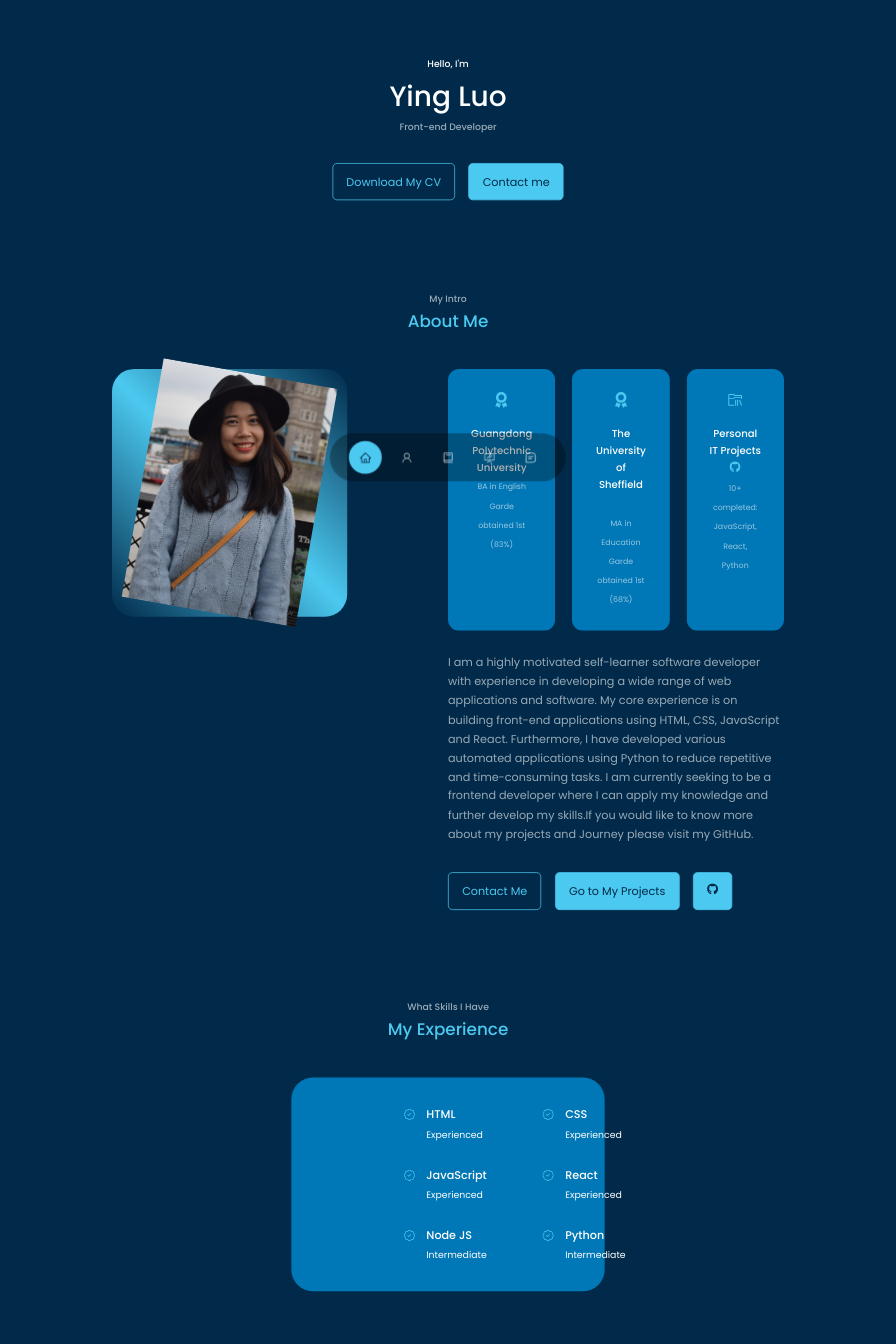
Repository: yingluo1020/react-portfolio-website
Page: /
An editor plug-in stored every save of this project. The page is shown before and after the next save, followed by the edit.
The browser window is 1280 px wide. The pictures show the part of the page from y = 0 to 1920 px (the page is 3794 px tall before and 3922 px after), at 70% of full size.
The project was rebuilt for these pictures with package versions that can differ from the ones it lists, and the page was loaded fresh each time. Imported but missing from the stored project, and not drawn on this page: src/assets/cv1.pdf.

Above is the page before, as saved 2022-03-16 09:31:08.

### src/index.css
@import url('https://fonts.googleapis.com/css2?family=Poppins:wght@300;400;500;600&display=swap');

* {
 margin: 0;
 padding: 0;
 border: 0;
 outline: 0;
 box-sizing: border-box;
 list-style: none;
 text-decoration: none;
}

:root {
    --color-bg:#012a4a;
    --color-bg-variant:#0077b6;
    --color-primary:#4cc9f0;
    --color-primary-variant:rgba(77,181,255,0.4);
    --color-white:#fff;
    --color-light:rgba(255,255,255,0.6);

    --transition:all 400ms ease;

    --container-width-lg:75%;
    --container-width-md:86%;
    --container-width-sm:90%;
}

html {
    scroll-behavior:smooth;
}

::-webkit-scrollbar {
    display: none;
}

body {
    font-family: 'Poppins', sans-serif;
    background: var(--color-bg);
    color:var(--color-white);
    line-height:1.7;
}

/* general styles */
.container {
    width:var(--container-width-lg);
    margin: 0 auto;
}

h1,
h2,
h3,
h4,
h5 {
    font-weight: 500;
}

h1 {
    font-size: 2.5rem;
}

section {
    margin-top: 8rem;
    /* height: 100vh; */
}

section > h2, section > h5 {
    text-align: center;
    color: var(--color-light);
}

section > h2 {
    color: var(--color-primary);
    margin-bottom: 3rem;
}

.text-light {
    color: var(--color-light);
}

a {
    color: var(--color-primary);
    transition: var(--transition);
}

a:hover {
    color: var(--color-white);
}

.btn {
    width: max-content;
    display: inline-block;
    color: var(--color-primary);
    padding: 0.75rem 1.2rem;
    border-radius:0.4rem;
    cursor: pointer;
    border: 1px solid var(--color-primary);
    transition: var(--transition);
}

.btn:hover{
    background: var(--color-white);
    color: var(--color-bg);
    border-color: transparent;
}

.btn-primary {
    background: var(--color-primary);
    color: var(--color-bg);
}

img{
    display: block;
    width: 100%;
    object-fit: cover;
}

/* media queries(medium devices)*/
@media screen and (max-width:1024px) {
    .container {
        width: var(--container-width-sm);
    }

    section> h2 {
        margin-bottom: 2rem;
    }
}

### src/components/header/Header.js
import React from 'react'
import avatar from '../../assets/avatar.JPG'
import './header.css';
import CV from '../../assets/cv1.pdf'


function Header() {
    return (
        <header>
            <div className="container header_container">
                <h5>Hello, I'm</h5>
                <h1>Ying Luo</h1>
                <h5 className="text-light">Front-end Developer</h5>

                <div className='cta'>
                    <a href={CV} download className='btn'>Download My CV</a>
                    <a href="#contact" className='btn btn-primary'>Contact me</a>
                </div>
            </div>
        </header>
    )
}

export default Header

### src/components/nav/Nav.js
import React, { useState } from 'react'
import './nav.css'
import { AiOutlineHome, } from 'react-icons/ai'
import { AiOutlineUser } from 'react-icons/ai'
import { BiBook } from 'react-icons/bi'
import { AiOutlineFundProjectionScreen } from 'react-icons/ai'
import { BiMessageSquareDetail } from 'react-icons/bi'


function Nav() {
    const [activeNav, setActiveNav] = useState('#')
    return (
        <nav>
            <a href="#" onClick={() => setActiveNav('#')} className={activeNav === '#' ? 'active' : ''}><AiOutlineHome /></a>
            <a href="#about" onClick={() => setActiveNav('#about')} className={activeNav === '#about' ? 'active' : ''}><AiOutlineUser /></a>
            <a href="#experience" onClick={() => setActiveNav('#experience')} className={activeNav === '#experience' ? 'active' : ''}><BiBook /></a>
            <a href="#portfolio" onClick={() => setActiveNav('#services')} className={activeNav === '#services' ? 'active' : ''}><AiOutlineFundProjectionScreen /></a>
            <a href="#contact" onClick={() => setActiveNav('#contact')} className={activeNav === '#contact' ? 'active' : ''}><BiMessageSquareDetail /></a>
        </nav>
    )
}

export default Nav

### src/components/experience/Experience.js
import React from 'react'
import './experience.css';
import { BsPatchCheck } from 'react-icons/bs'


function Experience() {
    return (
        <section id='experience'>
            <h5>What Skills I Have</h5>
            <h2>My Experience</h2>

            <div className="container experience_container">
                <div className="experience_frontend">
                    <div className="experience_content">
                        <article className='experience_details'>
                            <BsPatchCheck className='experience_details-icon' />
                            <div>
                                <h4>HTML</h4>
                                <small className='text_light'>Experienced</small>
                            </div>
                        </article>
                        <article className='experience_details'>
                            <BsPatchCheck className='experience_details-icon' />
                            <div>
                                <h4>CSS</h4>
                                <small className='text_light'>Experienced</small>
                            </div>
                        </article>
                        <article className='experience_details'>
                            <BsPatchCheck className='experience_details-icon' />
                            <div>
                                <h4>JavaScript</h4>
                                <small className='text_light'>Experienced</small>
                            </div>
                        </article>
                        <article className='experience_details'>
                            <BsPatchCheck className='experience_details-icon' />
                            <div>
                                <h4>React</h4>
                                <small className='text_light'>Experienced</small>
                            </div>
                        </article>
                        <article className='experience_details'>
                            <BsPatchCheck className='experience_details-icon' />
                            <div>
                                <h4>Node JS</h4>
                                <small className='text_light'>Intermediate</small>
                            </div>
                        </article>
                        <article className='experience_details'>
                            <BsPatchCheck className='experience_details-icon' />
                            <div>
                                <h4>Python</h4>
                                <small className='text_light'>Intermediate</small>
                            </div>
                        </article>
                    </div>
                </div>
            </div>
        </section>
    )
}

export default Experience

### src/components/portfolio/Portfolio.js
import React from 'react'
import './portfolio.css';
import project1 from '../../assets/todo1.jpg'
import project2 from '../../assets/search.jpg'
import project3 from '../../assets/btc_alert.jpg'



function Portfolio() {
    return (
        <section id='portfolio'>
            <h5>My Projects</h5>
            <h2>Portfolio</h2>
            <div className="container portfolio_container ">
                <article className='portfolio'>
                    <div className="portfolio_head">
                        <h3 >To-Do List web app</h3>
                    </div>


                    <div className="portfolio_item-image">
                        <img src={project1} alt="project1" />
                    </div>

                    <div className="portfolio_link">
                        <a href="https://github.com" target='_blank' className='btn btn-primary'>Github</a>
                    </div>
                </article>

                <article className='portfolio'>
                    <div className="portfolio_head">
                        <h3 >To-Do List web app</h3>
                    </div>

                    <div className="portfolio_body">
                        <div className="portfolio_item-image">
                            <img src={project2} alt="project1" />
                        </div>
                    </div>
                    <div className="portfolio_link">
                        <a href="https://github.com" target='_blank' className='btn btn-primary'>Github</a>
                    </div>
                </article>

                <article className='portfolio'>
                    <div className="portfolio_head">
                        <h3 >To-Do List web app</h3>
                    </div>

                    <div className="portfolio_body">
                        <div className="portfolio_item-image">
                            <img src={project3} alt="project1" />
                        </div>
                    </div>
                    <div className="portfolio_link">
                        <a href="https://github.com" target='_blank' className='btn btn-primary'>Github</a>
                    </div>
                </article>

            </div>
        </section>
    )
}

export default Portfolio

### src/components/contact/Contact.js
import React, { useRef } from 'react'
import './contact.css'
import { MdOutlineEmail } from 'react-icons/md'
import { RiMessengerLine } from 'react-icons/ri'
import { BsWhatsapp } from 'react-icons/bs'
import emailjs from '@emailjs/browser';


function Contact() {
    const form = useRef();

    const sendEmail = (e) => {
        e.preventDefault();

        emailjs.sendForm('service_s6sapzl', 'template_utnko3u', form.current, 'user_Ak4JS85QR5w9GZLqKm3hY')

        alert(`I'll will reply you ASAP :)`)
        e.target.reset()
    };

    return (
        <section id="contact">
            <h5>Get In Touch</h5>
            <h2>Contact Me</h2>

            <div className="container contact_container">
                <div className="contact_options">
                    <article className='contact_option'>
                        <MdOutlineEmail className='contact_option-icon' />
                        <h4>Email</h4>
                        <h5>yingluo1020@gmail.com</h5>
                        <a href="mailto:yingluo1020@gmail.com" target='_blank'>Send a message</a>
                    </article>

                    <article className='contact_option'>
                        <RiMessengerLine className='contact_option-icon' />
                        <h4>Messenger</h4>
                        <h5>Ying Luo</h5>
                        <a href="https://m.me/yng.luo" target='_blank'>Send a message</a>
                    </article>

                    <article className='contact_option'>
                        <BsWhatsapp className='contact_option-icon' />
                        <h4>WhatsApp</h4>
                        <h5>+44 7407171383</h5>
                        <a href="https://api.whatsapp.com/send?phone+447407171383" target='_blank'>Send a message</a>
                    </article>
                </div>
                {/* End of contact options */}
                <form action="" ref={form} onSubmit={sendEmail}>
                    <input type="text" name='name' placeholder='Your Name' required />
                    <input type="email" name='email' placeholder='Your Email' required />
                    <textarea type="text" name='name' placeholder='Your Message' required ></textarea>
                    <button type="submit" className="btn btn-primary">Send a message</button>
                </form>

            </div>
        </section>

    )
}

export default Contact

### src/components/footer/Footer.js
import React from 'react'
import './footer.css'
import { BsLinkedin } from 'react-icons/bs';
import { FaGithub } from 'react-icons/fa';
import { FiDribbble } from 'react-icons/fi';


function Footer() {
    return (
        <footer>
            <a href="https://github.com/yingluo1020" target="_blank" className='footer_logo'><FaGithub /> Ying Luo</a>
            <ul className='permalinks'>
                <li><a href="#">Home</a></li>
                <li><a href="#about">About</a></li>
                <li><a href="#experience">Experience</a></li>
                <li><a href="#portfolio">Portfolio</a></li>
                <li><a href="#contact">Contact</a></li>
            </ul>

            <div className="footer_copyright">
                <small>&copy; All rights reserved by Ying Luo.</small>
            </div>
        </footer>
    )
}

export default Footer

### src/components/header/header.css
header {
    height: 40vh;
    padding-top: 5rem;
    overflow: hidden;
}

.header_container {
    text-align: center;
    height: 100%;
    position: relative;
}

.cta {
    margin: 2.5rem auto;
    display: flex;
    gap:1.2rem;
    justify-content: center;
}

.avatar {
    background: linear-gradient(var(--color-primary),transparent) ;
    width: 22rem;
    height: 30rem;
    position: absolute;
    left: calc(50% - 11rem);
    border-radius: 12rem 12rem 0 0 ;
    overflow: hidden;
    padding: 5rem 1.5rem 1.5rem 1.5rem;
}

### src/components/nav/nav.css
nav {
    background: rgba(0, 0, 0, 0.3);
    width: max-content;
    display: block;
    padding:0.7rem 1.7rem;
    z-index: 2;
    position: fixed;
    left: 50%;
    transform: translateX(-50%);
    bottom: 2rem;
    display: flex;
    gap: 0.8rem;
    border-radius: 3rem;
    /* backdrop-filter: blur(15px); */
}

nav a {
    background: transparent;
    padding: 0.9rem;
    border-radius:50% ;
    display: flex;
    color: var(--color-light);
    font-size: 1.1rem;
}

nav a:hover{
    background: rgba(0, 0, 0, 0.3);
}

nav a.active {
    background: var(--color-primary);
    color: var(--color-bg);
}

### src/components/about/about.css
.about_container {
    /* height: 90vh; */
    display: grid;
    grid-template-columns: 35% 50%;
    gap: 15%;
}

.about_me{
    width: 100%;
    aspect-ratio: 0.95/1;
    border-radius: 2rem;
    background: linear-gradient(45deg,transparent,var( --color-primary),transparent);
    display: grid;
    place-items: center;
}

.about_image {
    border-radius: 2rem;
    overflow: hidden;
    transform: rotate(10deg);
    transition: var(--transition);
}

.about_image:hover{
    transform: rotate(0);
}

.about_image img {
    width: 75%;
    margin: 0 auto;
}
.about_cards {
    display: grid;
    grid-template-columns: repeat(3,1fr);
    gap: 1.5rem;
}

.about_card {
    background: var(--color-bg-variant);
    border:1px solid transparent ;
    border-radius: 1rem;
    padding: 2rem;
    text-align: center;
    transition: var(--transition);
}

.about_card:hover {
    background:transparent;
    border-color:var(--color-primary-variant) ;
    cursor: default;
}

.about_icon {
    color: var(--color-primary);
    font-size: 1.4rem;
    margin-bottom: 1rem;
}

.about_card h5 {
    font-size: 0.9rem;
}

.about_card small {
    font-size: 0.7rem;
    color: var(--color-light);
}

.about_content p {
    margin: 2rem 0 2.6rem;
    color: var(--color-light);
}

.about_content .about_btn {
    display: flex;
    gap:1.2rem;
}

/* media queries(medium devices)*/
@media screen and (max-width:1024px) {
    .about_container {
        grid-template-columns: 1fr ;
        gap:0;
    }

    .about_me{
        width: 50%;
        margin: 2rem auto 4rem;
    }

    .about_content p {
        margin: 1rem 0 1.5rem;
    }
}

/* media queries(small devices)*/
@media screen and (max-width:600px) {
    .about_me{
        width: 65%;
        margin: 0 auto 3rem;
    }

    .about_cards {
        grid-template-columns: 1fr 1fr;
        gap: 1rem;
    }

    .about_content {
        text-align: center;
    }

    .about_content p {
        margin: 1.5rem 0;
    }
}

### src/components/experience/experience.css
.experience_container{
    width: 35%;
}

.experience_container >div {
    background: var(--color-bg-variant);
    padding: 2.4rem 10rem;
    border-radius: 2rem;
    border: 1px solid transparent;
    transition: var(--transition);
}

.experience_container >div:hover{
    background: transparent;
    border-color: var(--color-primary-variant);
    cursor: default;
}

.experience_content {
    display: grid;
    grid-template-columns: 1fr 1fr;
    gap: 5rem;
    row-gap: 2rem;
}

.experience_details {
    display: flex;
    gap: 1rem;
}

.experience_details-icon{
    margin-top: 6px;
    color: var(--color-primary);
}

/* media queries(medium devices)*/
@media screen and (max-width:1024px) {
    .experience_container{
        grid-template-columns: 1fr;
    }

    .experience_container >div {
        width: 80%;
        padding: 2rem;
        margin: 0 auto;
    }

    .experience_content {
        padding: 1rem;
    }
}

/* media queries(small devices)*/
@media screen and (max-width:600px) {
    .experience_container{
        gap: 1rem;
    }

    .experience_container >div {
        width: 100%;
        padding: 2rem 1rem;
    }
}

### src/components/portfolio/portfolio.css
.portfolio_container{
    display: grid;
    grid-template-columns: repeat(3,1fr);
    gap: 2.5rem;
}

.portfolio {
    background: var(--color-bg-variant);
    border-radius:0 0 2rem 2rem;
    border: 1px solid transparent;
    /* height: fit-content; */
    transition: var(--transition);
}

.portfolio:hover {
    background: transparent;
    border-color: var(--color-primary-variant);
    transition: var(--transition);
}

.portfolio_head{
    background: var(--color-primary);
    border-radius:0 0 2rem 2rem;
    padding: 2rem;
    box-shadow: 0 2rem 1rem rgba(0,0,0,0.1);
}

.portfolio_head h3 {
    text-align: center;
    font-size: 1rem;
    color: var(--color-bg);
}

.portfolio_item-image {
    width: 20rem;
    height: 20rem;
    /* aspect-ratio: 1/1;   */
    border-radius: 1.5rem;
    overflow: hidden;
    margin: 1rem auto;
}

.portfolio_link {
    display: flex;
    justify-content: center;
    margin: 1rem 0;
}


/* media queries(medium devices)*/
@media screen and (max-width:1024px) {
    .portfolio_container{
        grid-template-columns: 1fr 1fr;
        gap: 1.2rem;
    }
}

/* media queries(small devices)*/
@media screen and (max-width:600px) {
    .portfolio_container {
        grid-template-columns: 1fr;
        gap: 1rem;
    }
}

### src/components/contact/contact.css
.contact_container {
    width: 58%;
    display: grid;
    grid-template-columns: 30% 58%;
    gap: 12%;
}

.contact_options {
    display: flex;
    flex-direction: column;
    gap: 1.2rem;
}

.contact_option{
    background: var(--color-bg-variant);
    padding: 1.2rem ;
    border-radius:1.2rem;
    border: 1px solid transparent;
    text-align: center;
    transition: var(--transition);
}

.contact_option:hover{
    background: transparent;
    border-color: var(--color-primary-variant);
}

.contact_option-icon{
    font-size: 1.5rem;
    margin-bottom: 0.5rem;
}

.contact_option a {
    margin-top: 0.7rem;
    display: inline-block;
    font-size: 0.8rem;
}

/* form */
form {
    display: flex;
    flex-direction: column;
    gap: 1.2rem;
}

input, textarea{
    width: 100%;
    padding: 1.5rem ;
    border-radius:0.5rem;
    border: 2px solid var(--color-primary-variant);
    background: transparent;
    resize: none; /* 元素不能被用户缩放。 */
    color: var(--color-white);
}

/* media queries(medium devices)*/
@media screen and (max-width:1024px) {
    .contact_container {
        grid-template-columns: 1fr;
        gap: 2rem;
    }

}

/* media queries(small devices)*/
@media screen and (max-width:600px) {
    .contact_container{
        width: var(--container-width-sm);
    }
}

### src/components/footer/footer.css
footer {
    background: var(--color-primary);
    padding: 2rem 0;
    text-align: center;
    font-size: 0.9rem;
    margin-top: 7rem;
}

footer a {
    color: var(--color-bg);
}

.footer_logo{
    font-size: 2rem;
    font-weight: 500;
    margin-bottom: 2rem;
    display: inline-block;
}

.permalinks{
    display: flex;
    flex-wrap: wrap;
    justify-content: center;
    gap: 2rem;
    margin: 0 auto 3rem;
}

.footer_socials{
    display: flex;
    justify-content: center;
    gap: 1rem;
    margin-bottom: 4rem;
}

.footer_socials a {
    display: flex;
    background: var(--color-bg);
    color: var(--color-white);
    padding: 0.8rem;
    border-radius: 0.7rem;
    border: 1px solid transparent;
    transition: var(--transition);
}

.footer_socials a:hover{
    background: transparent;
    color: var(--color-bg);
    border-color: var(--color-bg);
}

.footer_copyright {
    margin-bottom: 4rem;
    color: var(--color-bg);
}

/* media queries(small devices)*/
@media screen and (max-width:600px) {
    .permalinks{
        flex-direction: column;
        gap: 1.5rem;
    }

    .footer_socials{
        margin-bottom: 2.6rem;
    }
}

Loaded but not shown: public/index.html (common file); src/index.js (common file); src/App.js (common file); src/components/about/About.js (60 lines, source omitted)

After the next save:
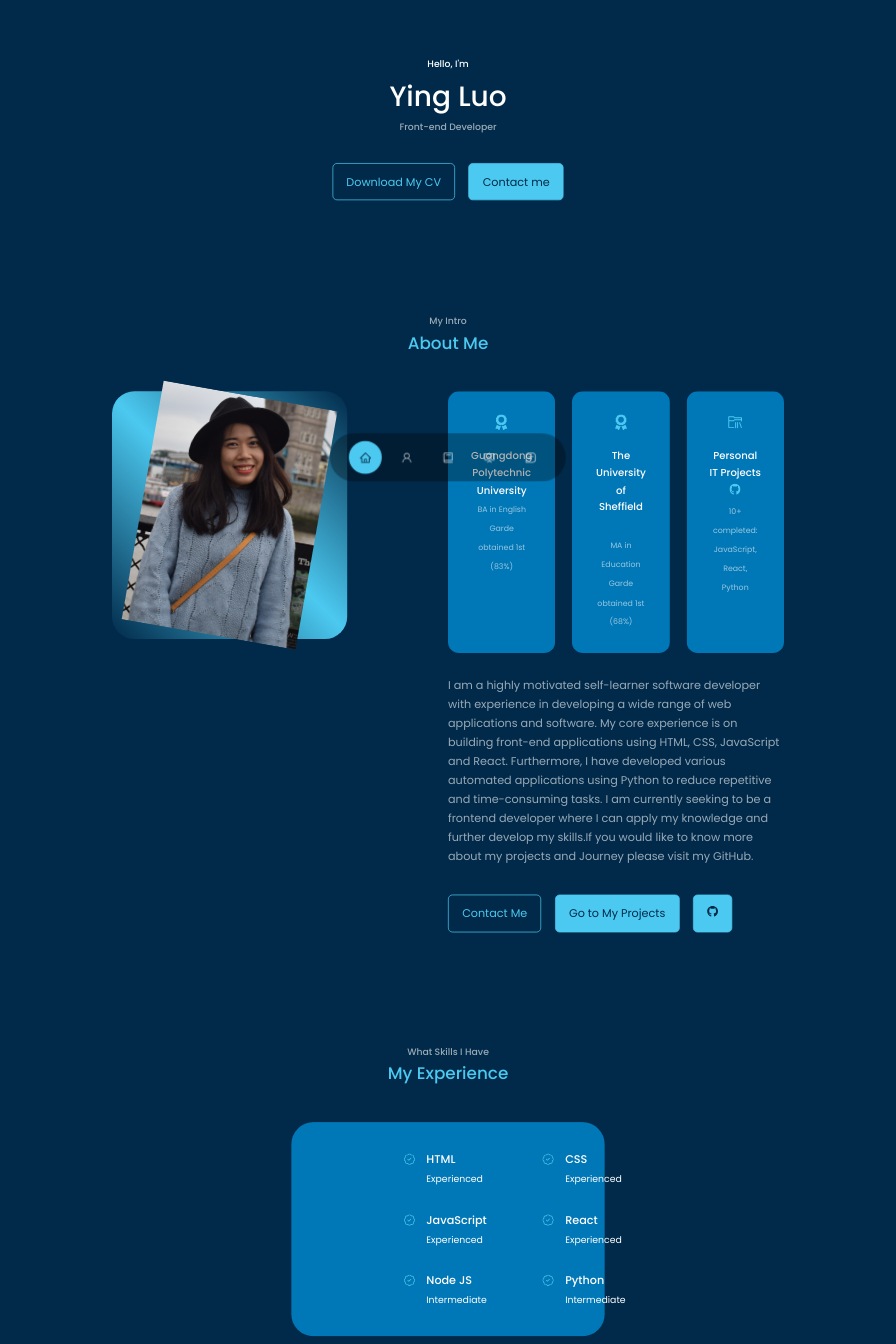
Saved 23 s later.
--- a/src/index.css
+++ b/src/index.css
@@ -59,7 +59,7 @@ h1 {
 }
 
 section {
-    margin-top: 8rem;
+    margin-top: 10rem;
     /* height: 100vh; */
 }
 
